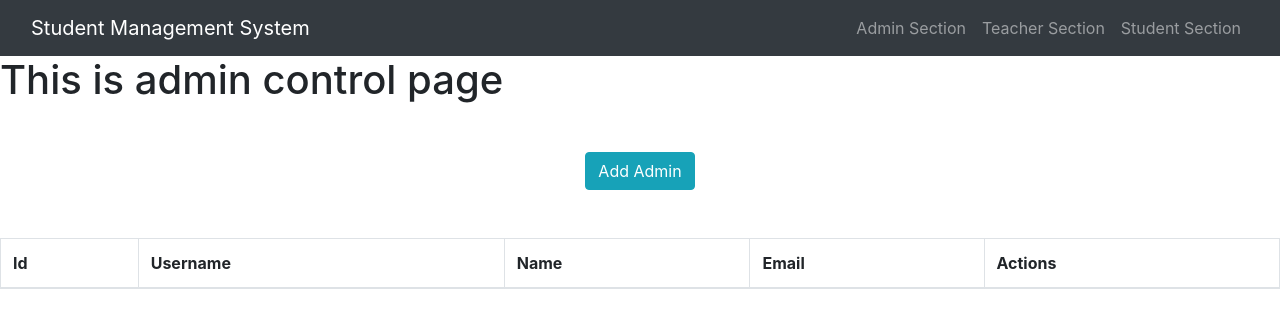
Repository: arupmaji404/StudentManagementSystem
Page: http://localhost/admin/admincontrol
An editor plug-in stored every save of this project. The page is shown before and after the next save, followed by the edit.
The browser window is 1280 px wide. The pictures show the whole page.
The page is this project's Thymeleaf template; nobody is signed in. The template is opened directly, without the code that normally fills it, so the values that code supplies are empty.

Above is the page before, as saved 2022-09-11 05:24:59.

After the next save:
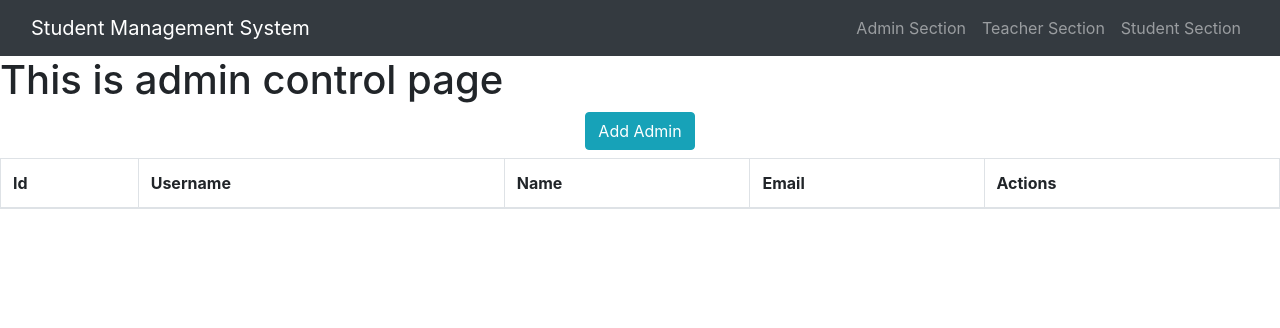
Saved 13 s later.
--- a/StudentManagementSystem/src/main/resources/templates/admin/admincontrol.html
+++ b/StudentManagementSystem/src/main/resources/templates/admin/admincontrol.html
@@ -12,7 +12,7 @@
 <body>
 	<div th:insert="navbar :: navbar"></div>
 	<h1>This is admin control page</h1>
-	<div class="text-center m-5">
+	<div class="text-center mb-2">
 		<a th:href="@{/addAdminForm}" class="btn btn-info">Add Admin</a>
 	</div>
 	<table class="table table-bordered table-striped">
